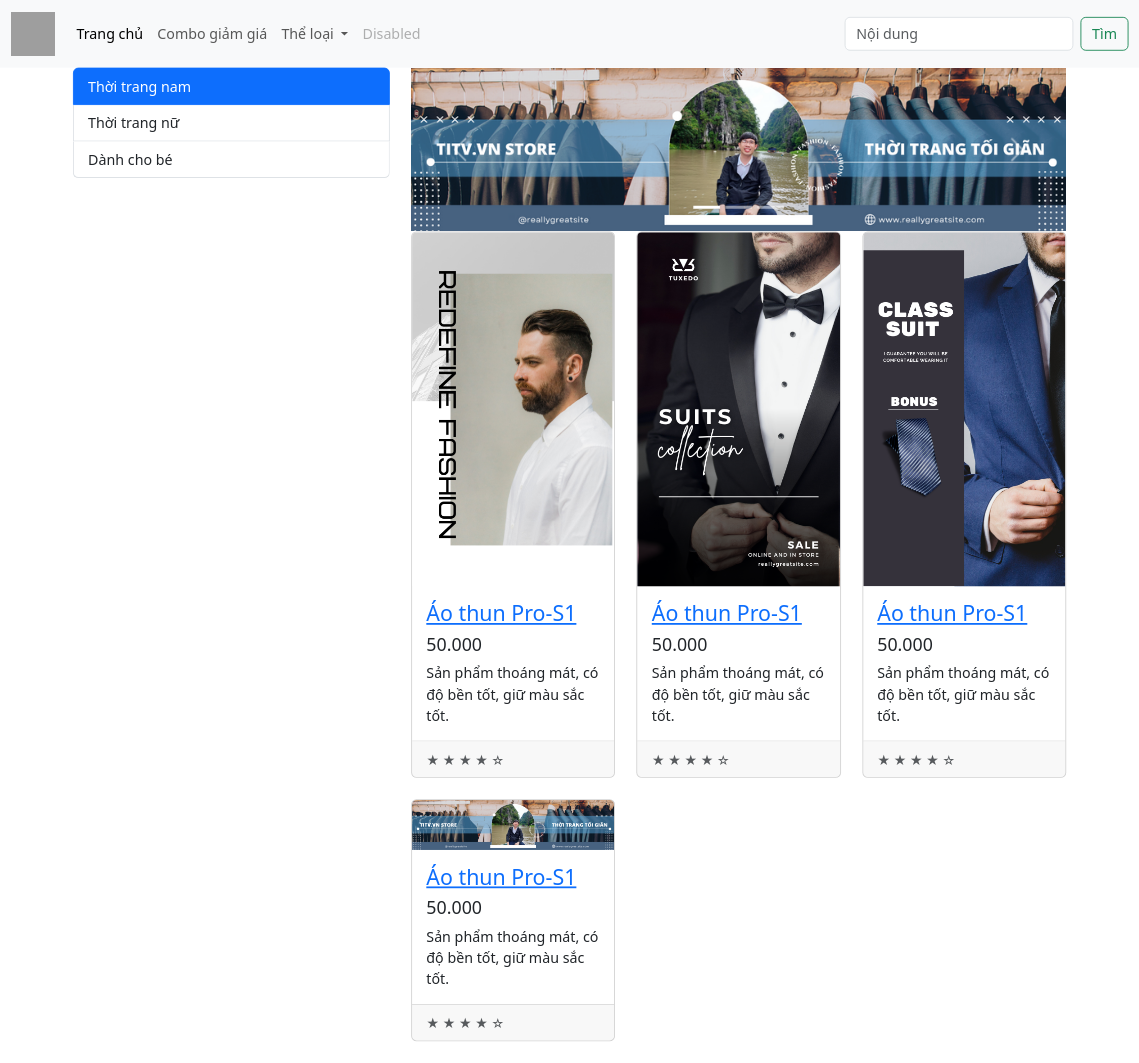
Repository: Vanh260703/Java-Servlet
Page: Bai4_Boostrap/src/main/webapp/index.html
The author's editor kept a copy of each file at every save. The page is drawn from the files as they stood at one save, then again after the next save.
The browser window is 1280 px wide. The pictures show the whole page, at 89% of full size.
Pictures or frames that could not be fetched are drawn as grey boxes.

Above is the page before, as saved 2025-03-01 15:05:31.

After the next save:
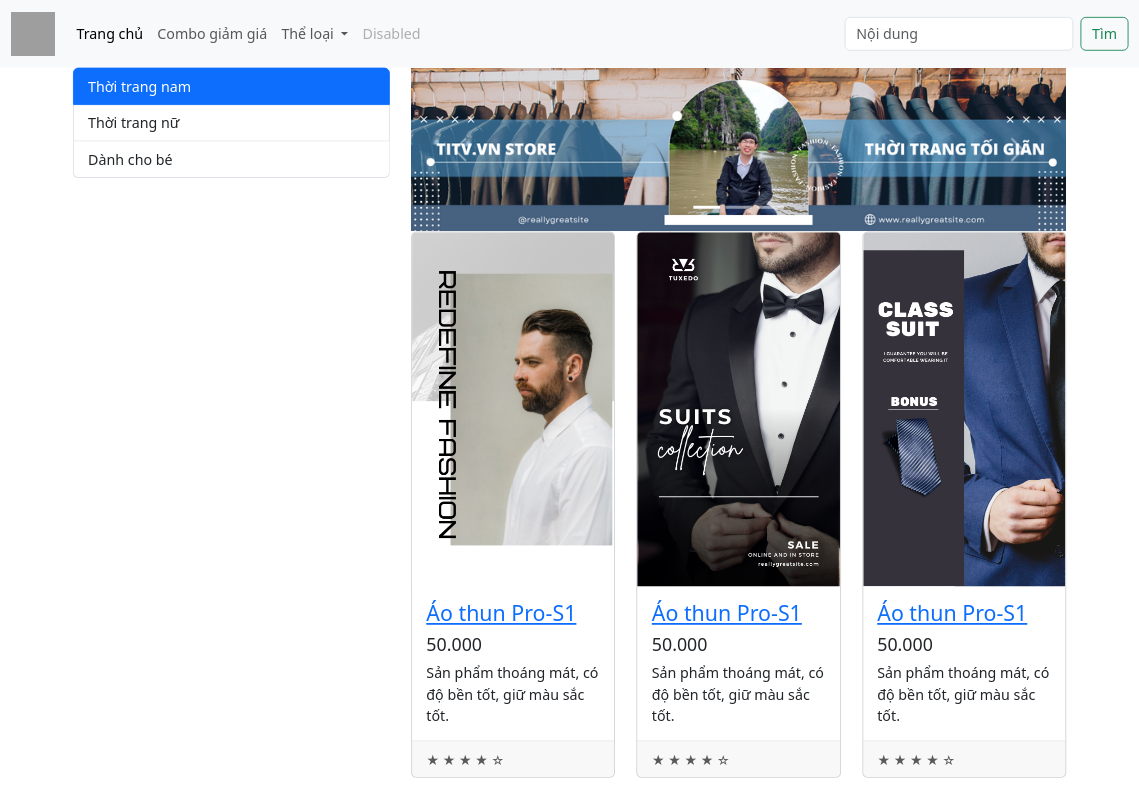
Saved 11 s later.
--- a/Bai4_Boostrap/src/main/webapp/index.html
+++ b/Bai4_Boostrap/src/main/webapp/index.html
@@ -177,24 +177,6 @@
 						</div>
 					</div>
 
-					<div class="col-lg-4 col-md-6 mb-4">
-						<div class="card h-100">
-							<a href="#"><img class="card-img-top" src="img/product/1.png"
-								alt="" ></a>
-							<div class="card-body">
-								<h4 class="card-title">
-									<a href="#">Áo thun Pro-S1</a>
-								</h4>
-								<h5>50.000</h5>
-								<p class="card-text">Sản phẩm thoáng mát, có độ bền tốt, giữ
-									màu sắc tốt.</p>
-							</div>
-							<div class="card-footer">
-								<small class="text-muted">&#9733; &#9733; &#9733;
-									&#9733; &#9734;</small>
-							</div>
-						</div>
-					</div>
 				</div>
 				<!-- End Products -->
 			</div>
